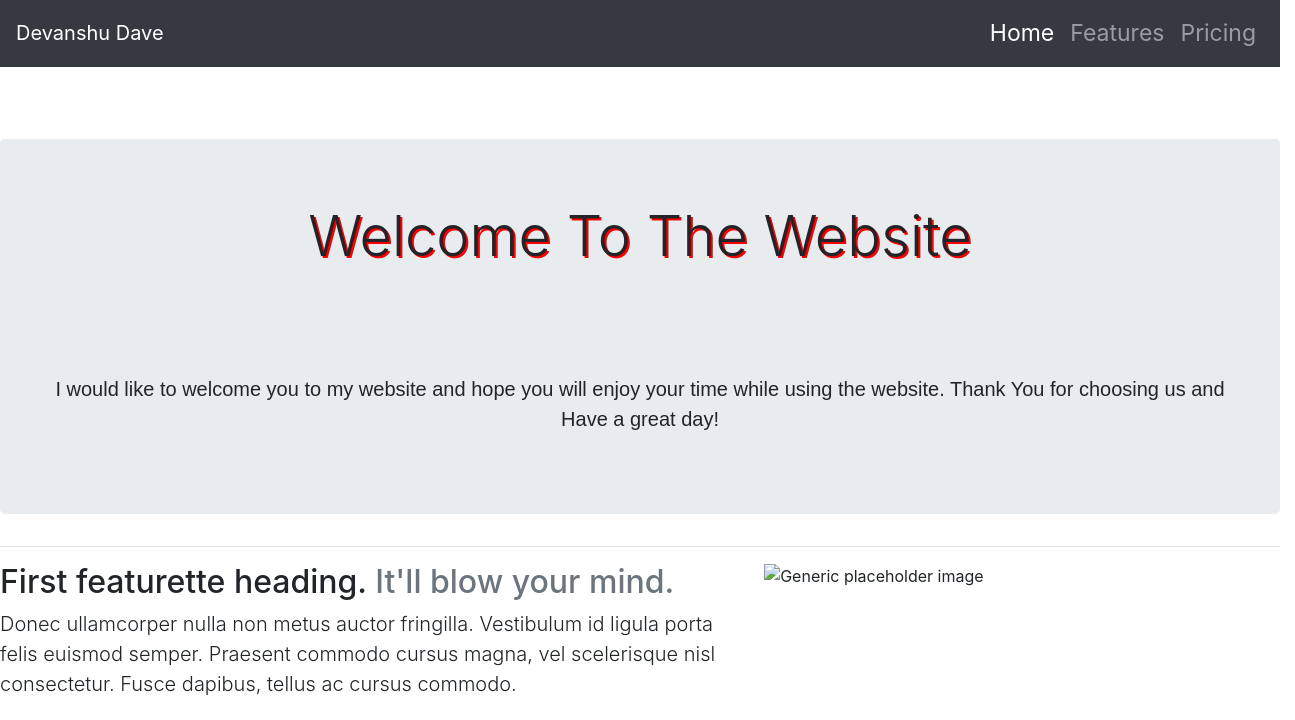
Repository: devanshudave1901/Mobile-Dev-Website
Page: index.html
These files come from the project's save history. The page is drawn as it stood at one moment and after the next save; the edit follows.
The browser window is 1280 px wide. The page is 1295 px wide, so the pictures cover 1295 px, including what lies to the right of the window. The pictures show the whole page.
Some web libraries are served in a nearby version.

Above is the page before, as saved 2022-10-05 00:43:03.

### index.html
<!DOCTYPE html>
<html lang="en">
  <head>
    <meta charset="UTF-8" />
    <meta http-equiv="X-UA-Compatible" content="IE=edge" />
    <meta name="viewport" content="width=device-width, initial-scale=1.0" />
    <link
      rel="stylesheet"
      href="https://cdn.jsdelivr.net/npm/bootstrap@4.0.0/dist/css/bootstrap.min.css"
      integrity="sha384-Gn5384xqQ1aoWXA+058RXPxPg6fy4IWvTNh0E263XmFcJlSAwiGgFAW/dAiS6JXm"
      crossorigin="anonymous"
    />
    <link
      href="https://maxcdn.bootstrapcdn.com/font-awesome/4.2.0/css/font-awesome.min.css"
      rel="stylesheet"
    />

    <style>
      .navbar-nav {
        margin-left: auto;
        font-size: 23px;
      }
      .welcomeHeading {
        text-shadow: 2px 2px red;
        text-align: center;
      }
      .welcomeText {
        text-align: center;
        font-family: "Sofia", sans-serif;
      }
    </style>
    <script
      src="https://code.jquery.com/jquery-3.2.1.slim.min.js"
      integrity="sha384-KJ3o2DKtIkvYIK3UENzmM7KCkRr/rE9/Qpg6aAZGJwFDMVNA/GpGFF93hXpG5KkN"
      crossorigin="anonymous"
    ></script>
    <script
      src="https://cdn.jsdelivr.net/npm/popper.js@1.12.9/dist/umd/popper.min.js"
      integrity="sha384-ApNbgh9B+Y1QKtv3Rn7W3mgPxhU9K/ScQsAP7hUibX39j7fakFPskvXusvfa0b4Q"
      crossorigin="anonymous"
    ></script>
    <script
      src="https://cdn.jsdelivr.net/npm/bootstrap@4.0.0/dist/js/bootstrap.min.js"
      integrity="sha384-JZR6Spejh4U02d8jOt6vLEHfe/JQGiRRSQQxSfFWpi1MquVdAyjUar5+76PVCmYl"
      crossorigin="anonymous"
    ></script>
    <title>Mobile Development - Lab 2</title>
  </head>
  <body>
    <nav class="navbar sticky-top navbar-expand-lg navbar-dark bg-dark">
      <a class="navbar-brand" href="#">Devanshu Dave</a>

      <div class="collapse navbar-collapse" id="navbarNavDropdown">
        <ul class="navbar-nav" mr-auto>
          <li class="nav-item active">
            <a class="nav-link" href="#"
              >Home <span class="sr-only">(current)</span></a
            >
          </li>
          <li class="nav-item">
            <a class="nav-link" href="#">Features</a>
          </li>
          <li class="nav-item">
            <a class="nav-link" href="#">Pricing</a>
          </li>
        </ul>
      </div>
    </nav>
    <br />
    <br />
    <br />
    <div class="jumbotron">
      <h1 class="display-4 welcomeHeading">Welcome To The Website</h1>
      <br />
      <br />
      <br />
      <br />
      <p class="lead welcomeText">
        I would like to welcome you to my website and hope you will enjoy your
        time while using the website. Thank You for choosing us and Have a great
        day!
      </p>
    </div>

    <hr />

    <div class="row featurette">
      <div class="col-md-7">
        <h2 class="featurette-heading">
          First featurette heading.
          <span class="text-muted">It'll blow your mind.</span>
        </h2>
        <p class="lead">
          Donec ullamcorper nulla non metus auctor fringilla. Vestibulum id
          ligula porta felis euismod semper. Praesent commodo cursus magna, vel
          scelerisque nisl consectetur. Fusce dapibus, tellus ac cursus commodo.
        </p>
      </div>
      <div class="col-md-5">
        <img
          class="featurette-image img-fluid mx-auto"
          data-src="holder.js/500x500/auto"
          alt="Generic placeholder image"
        />
      </div>
    </div>
  </body>
</html>

After the next save:
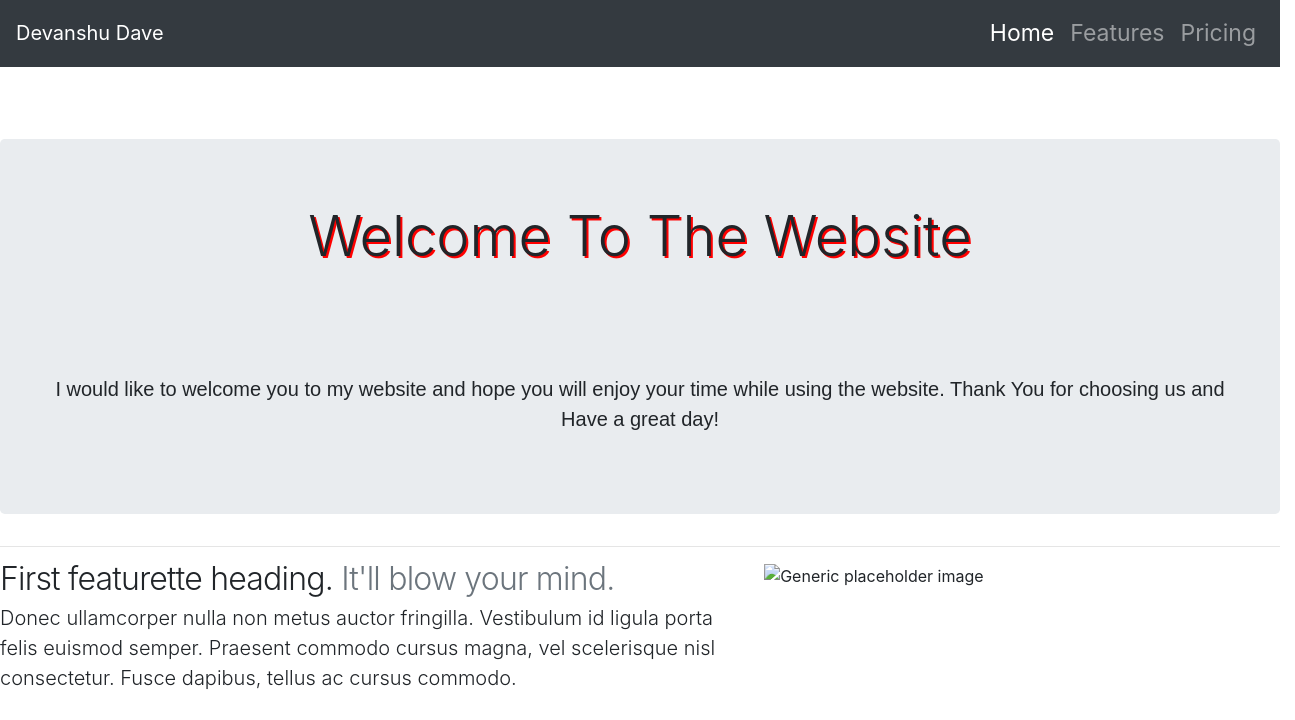
Saved 72 s later.
--- a/index.html
+++ b/index.html
@@ -27,6 +27,11 @@
       .welcomeText {
         text-align: center;
         font-family: "Sofia", sans-serif;
+      }
+      .featurette-heading {
+        font-weight: 300;
+        line-height: 1;
+        letter-spacing: -0.05rem;
       }
     </style>
     <script
